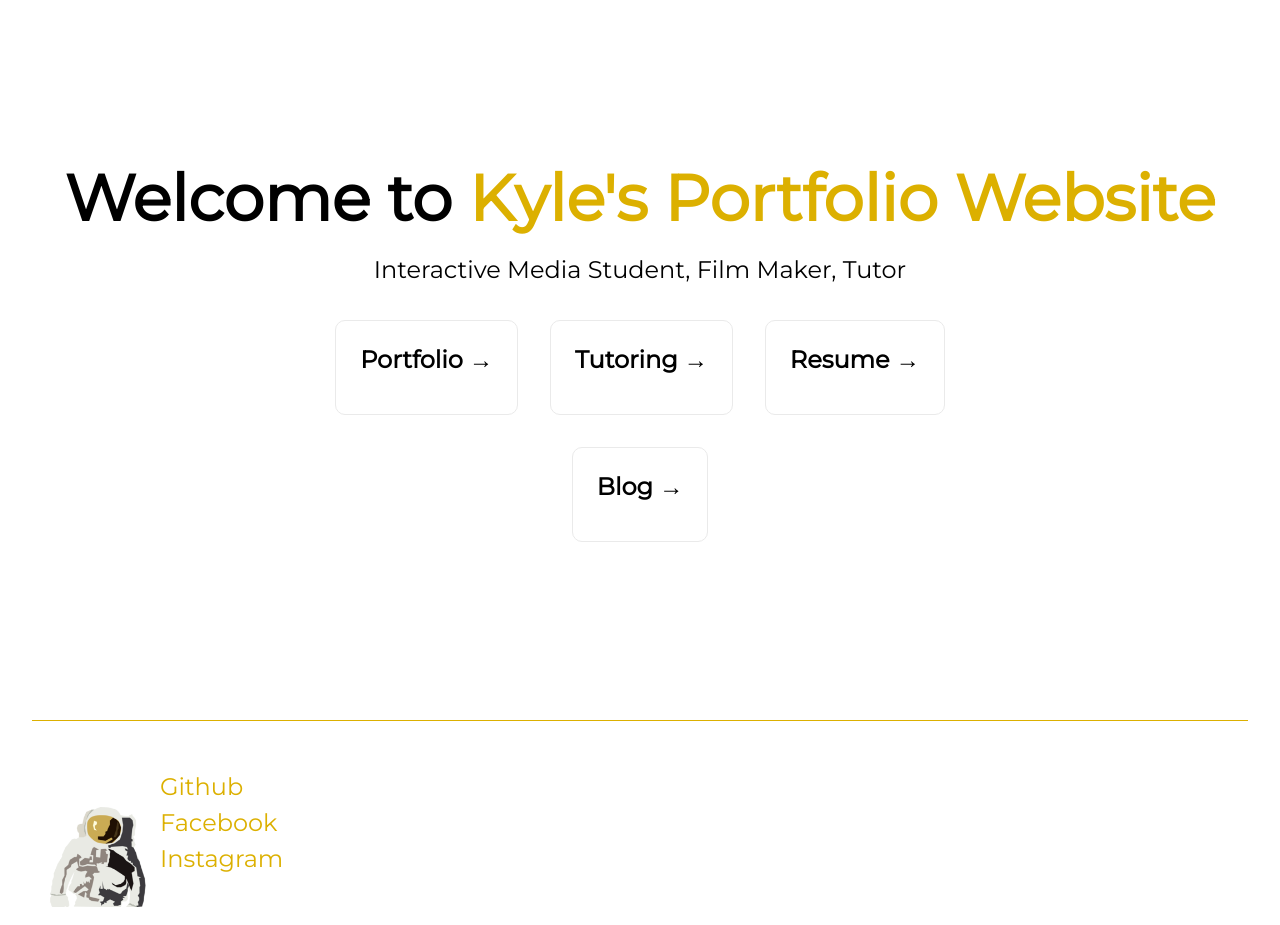
Repository: neomort/CL-portfolio-site
Page: /
The author's editor kept a copy of each file at every save. The page is drawn from the files as they stood at one save, then again after the next save.
The browser window is 1280 px wide. The pictures show the whole page.
The project was rebuilt for these pictures with package versions that can differ from the ones it lists, and the page was loaded fresh each time. The framework's server and built-in components were replaced by stand-ins that run in the browser. Also part of the build but not shown: next.config.js.

Above is the page before, as saved 2021-12-14 14:57:05.

After the next save:
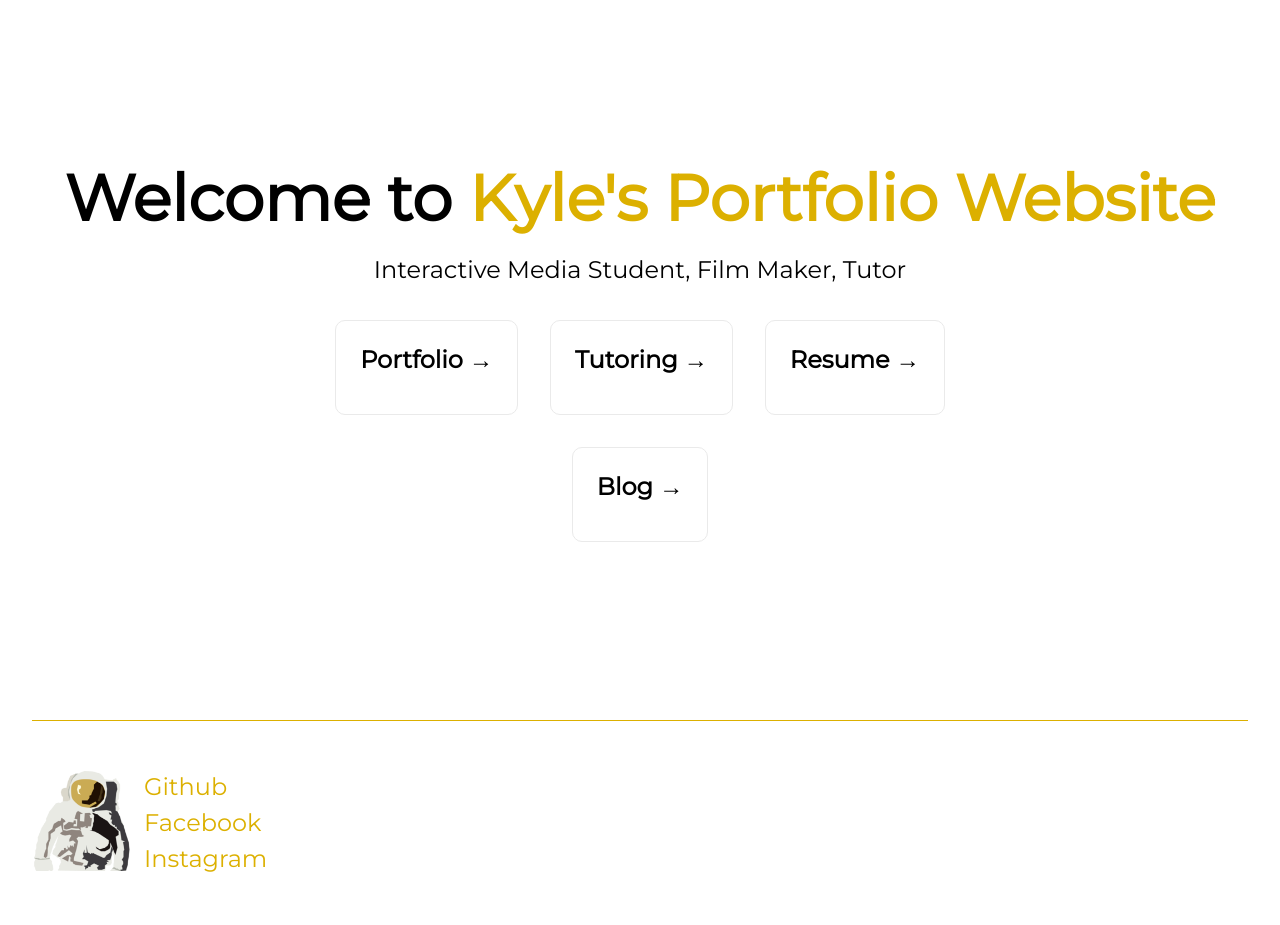
Saved 106 s later.
--- a/styles/Home.module.css
+++ b/styles/Home.module.css
@@ -110,8 +110,8 @@
 }
 
 .logo {
-  height: 2em;
-  margin-left: 1rem;
+
+
 }
 
 @media (max-width: 600px) {
